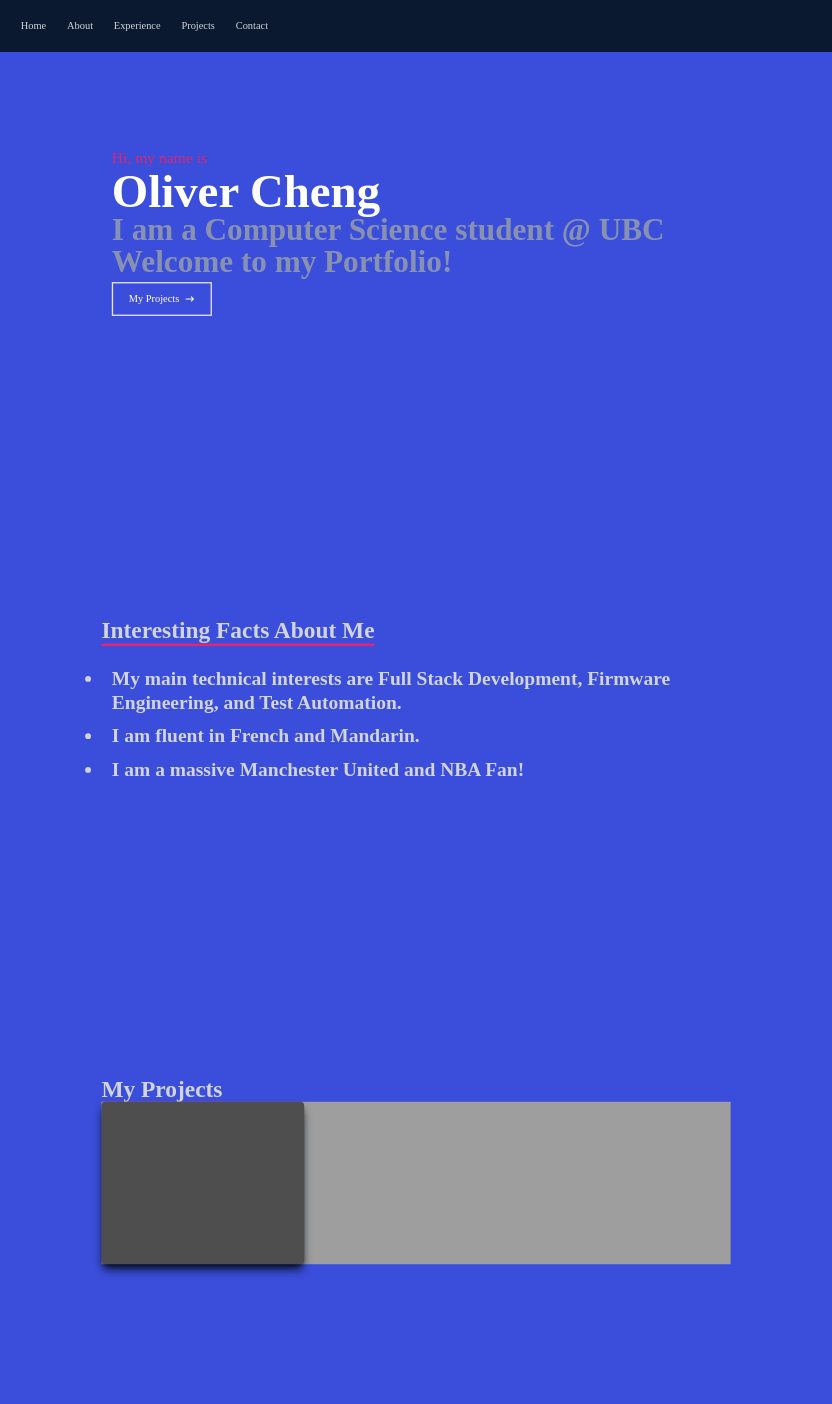
Repository: olichengus/Project-Portfolio
Page: /
The author's editor kept a copy of each file at every save. The page is drawn from the files as they stood at one save, then again after a run of saves.
The browser window is 1280 px wide. The pictures show the whole page, at 65% of full size.
The pointer rests on the first visible `.content-div`.
Pictures or frames that could not be fetched are drawn as grey boxes. The project was rebuilt for these pictures with package versions that can differ from the ones it lists, and the page was loaded fresh each time.

Above is the page before, as saved 2024-02-09 22:54:56.

After the next 3 saves:
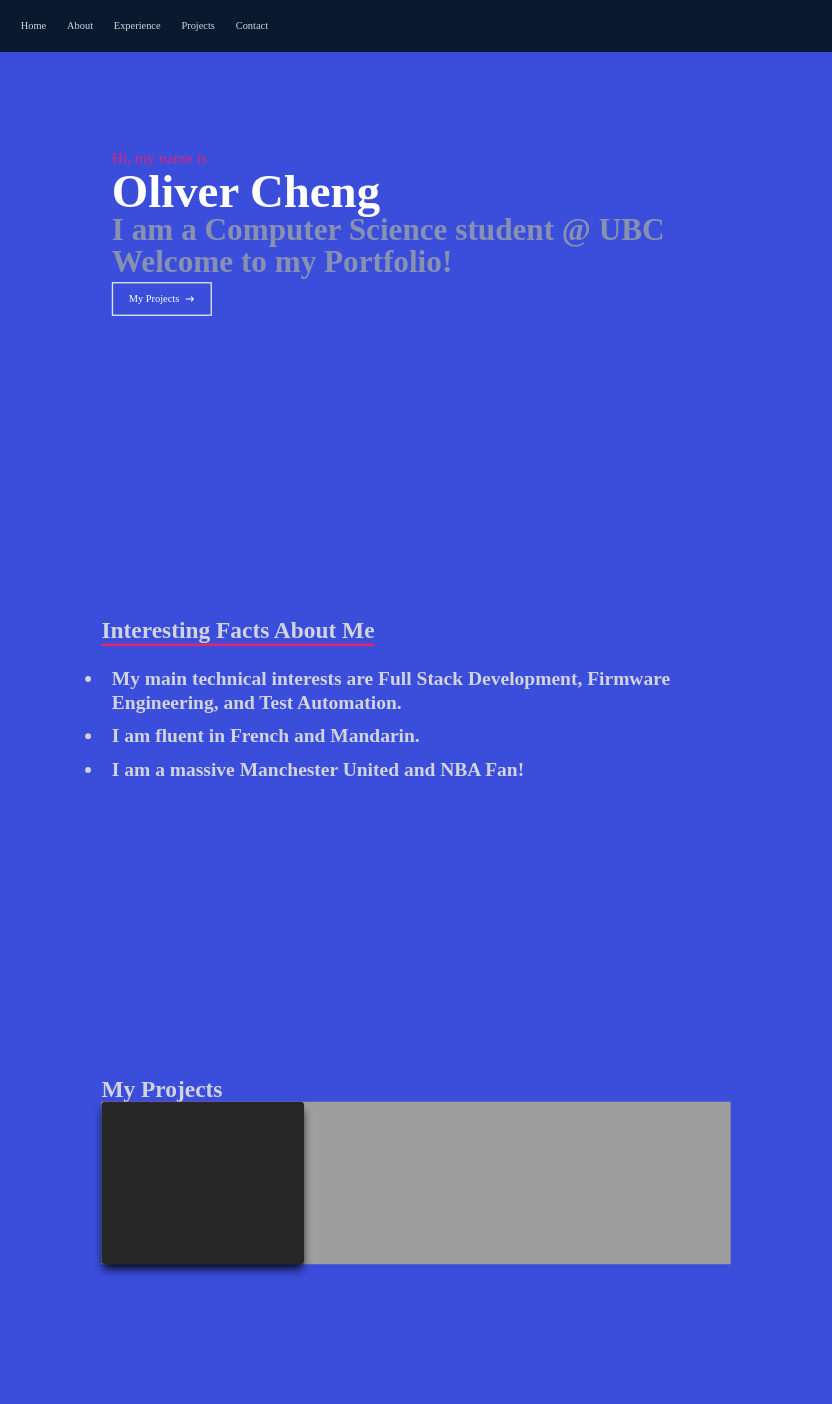
The 3 saves are shown as one change because they came seconds apart.
The last was saved 8 s later.
--- a/src/index.css
+++ b/src/index.css
@@ -23,7 +23,11 @@
 }
 
 .content-div:hover{
-  background-image: linear-gradient;
+  background-image: linear-gradient(
+    to bottom,
+    rgba(0, 0, 0, 0.5),
+    rgba(0, 0, 0, 0.5)
+  );
   background-color: rgba(0, 0, 0, 0.5);
   transition: 0.5s;
 }

After the save that followed:
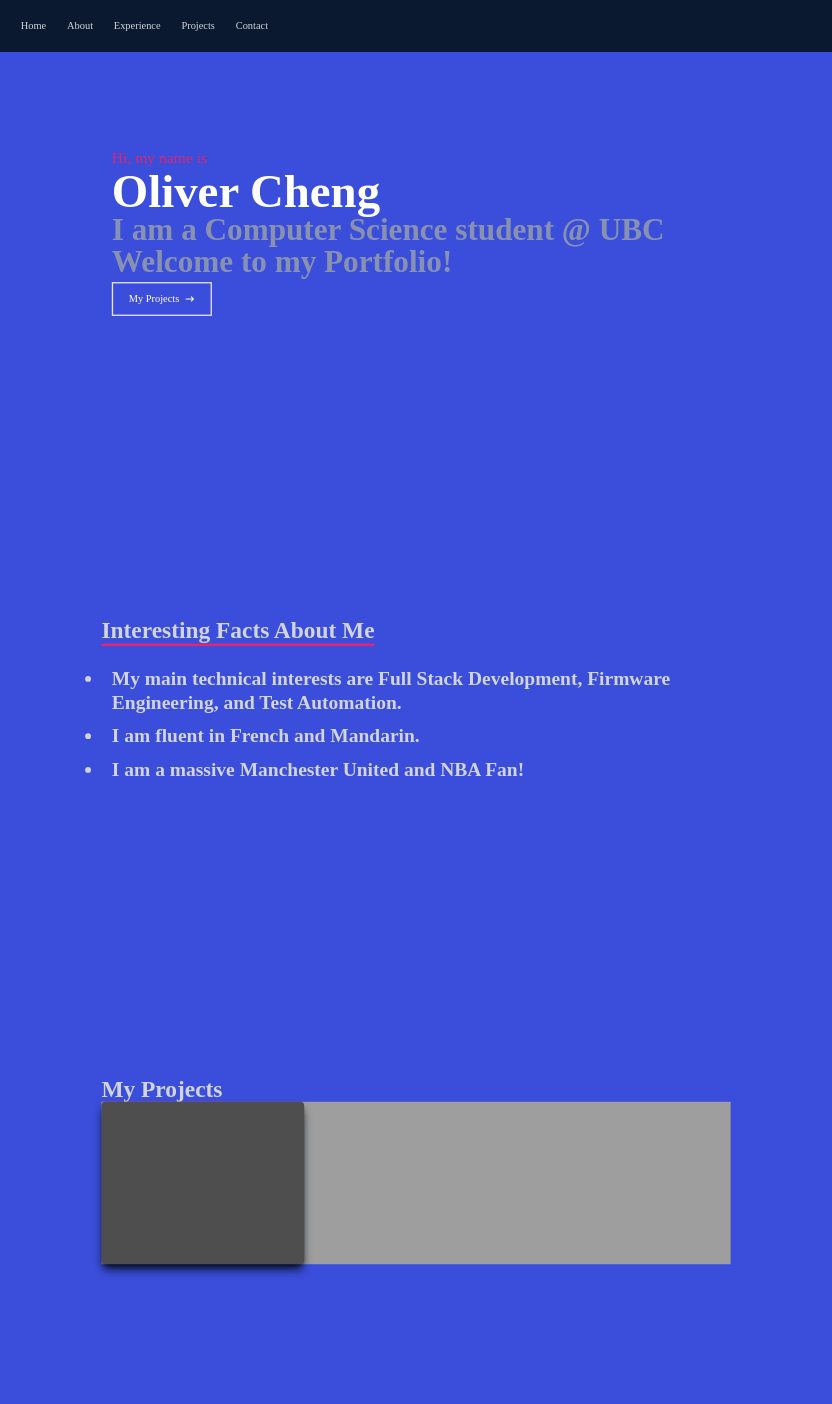
Saved 9 s later.
--- a/src/index.css
+++ b/src/index.css
@@ -24,9 +24,8 @@
 
 .content-div:hover{
   background-image: linear-gradient(
-    to bottom,
-    rgba(0, 0, 0, 0.5),
-    rgba(0, 0, 0, 0.5)
+    to right,
+
   );
   background-color: rgba(0, 0, 0, 0.5);
   transition: 0.5s;
